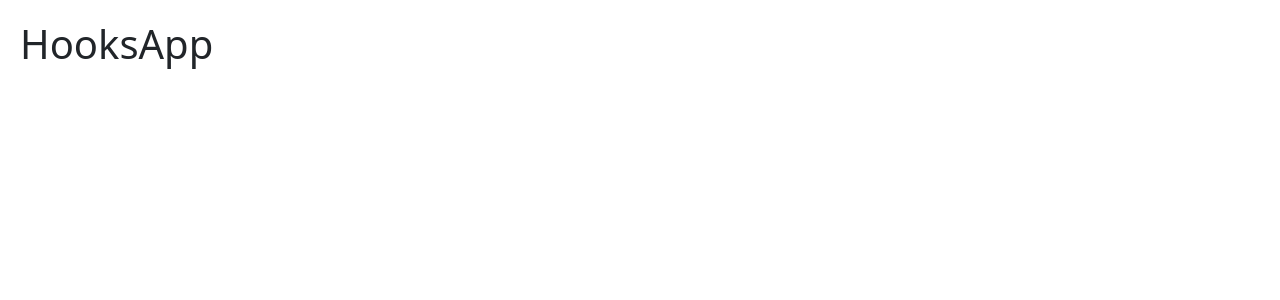
Repository: bryanesteban/hooks-App
Page: /
The author's editor kept a copy of each file at every save. The page is drawn from the files as they stood at one save, then again after the next save.
The browser window is 1280 px wide. The pictures show the whole page.
The project was rebuilt for these pictures with package versions that can differ from the ones it lists, and the page was loaded fresh each time. Also part of the build but not shown: vite.config.js.

Above is the page before, as saved 2024-06-24 22:21:24.

### src/main.jsx
import React from 'react'
import ReactDOM from 'react-dom/client'
import './index.css'
import { HooksApp } from './HooksApp'

ReactDOM.createRoot(document.getElementById('root')).render(
  <React.StrictMode>
    <HooksApp />
  </React.StrictMode>,
)

### src/HooksApp.jsx
import React from 'react'

export const HooksApp = () => {
  return (
    <h1>HooksApp</h1>
  )
}

### src/01-useState/CounterApp.jsx
import React, { useState } from 'react'

export const CounterApp = () => {

  const [counter, setcounter] = useState(10)
    return (
    <>
    <h1>Counter</h1>
    <hr/>

    <button onClick={ () => setcounter( counter + 1 )}>+1</button>
    <button onClick={ () => setcounter( counter - 1 )}>-1</button>

    </>
  )
}

Loaded but not shown: index.html (common file); src/index.css (common file)

After the next save:
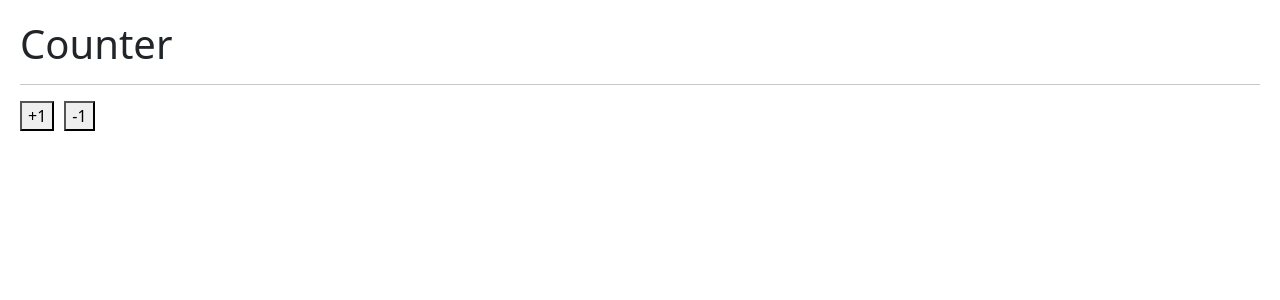
Saved 10 s later.
--- a/src/main.jsx
+++ b/src/main.jsx
@@ -2,9 +2,10 @@
 import ReactDOM from 'react-dom/client'
 import './index.css'
 import { HooksApp } from './HooksApp'
+import { CounterApp } from './01-useState/CounterApp'
 
 ReactDOM.createRoot(document.getElementById('root')).render(
   <React.StrictMode>
-    <HooksApp />
+    <CounterApp />
   </React.StrictMode>,
 )
